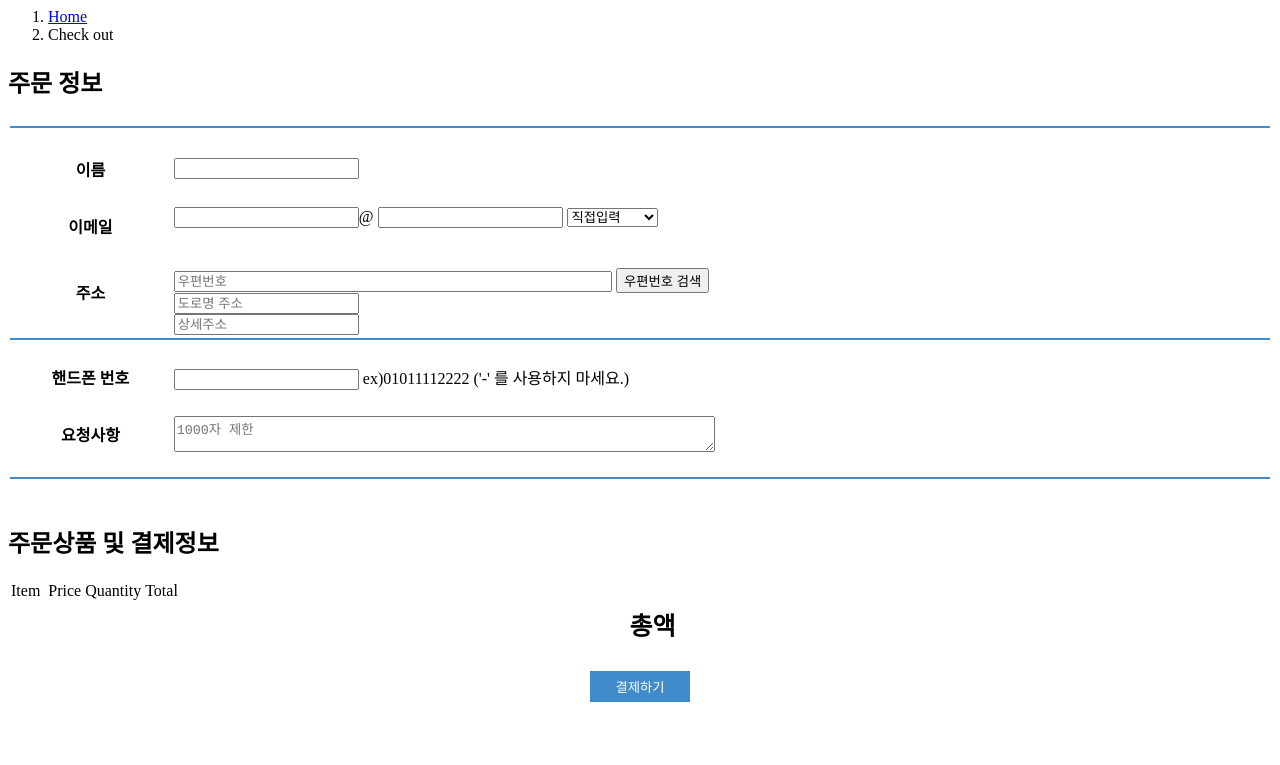
Repository: Toriikk/SpringProject_Bookstay
Page: http://localhost/geniebook/WEB-INF/views/pay/checkout.jsp
These files come from the project's save history. The page is drawn as it stood at one moment and after the next save; the edit follows.
The browser window is 1280 px wide. The pictures show the whole page.
The page is served by Tomcat 9. Nobody is signed in. The template is opened directly, without the code that normally fills it, so the values that code supplies are empty.

Above is the page before, as saved 2022-08-31 07:56:01.
Console error: ReferenceError: $ is not defined

After the next save:
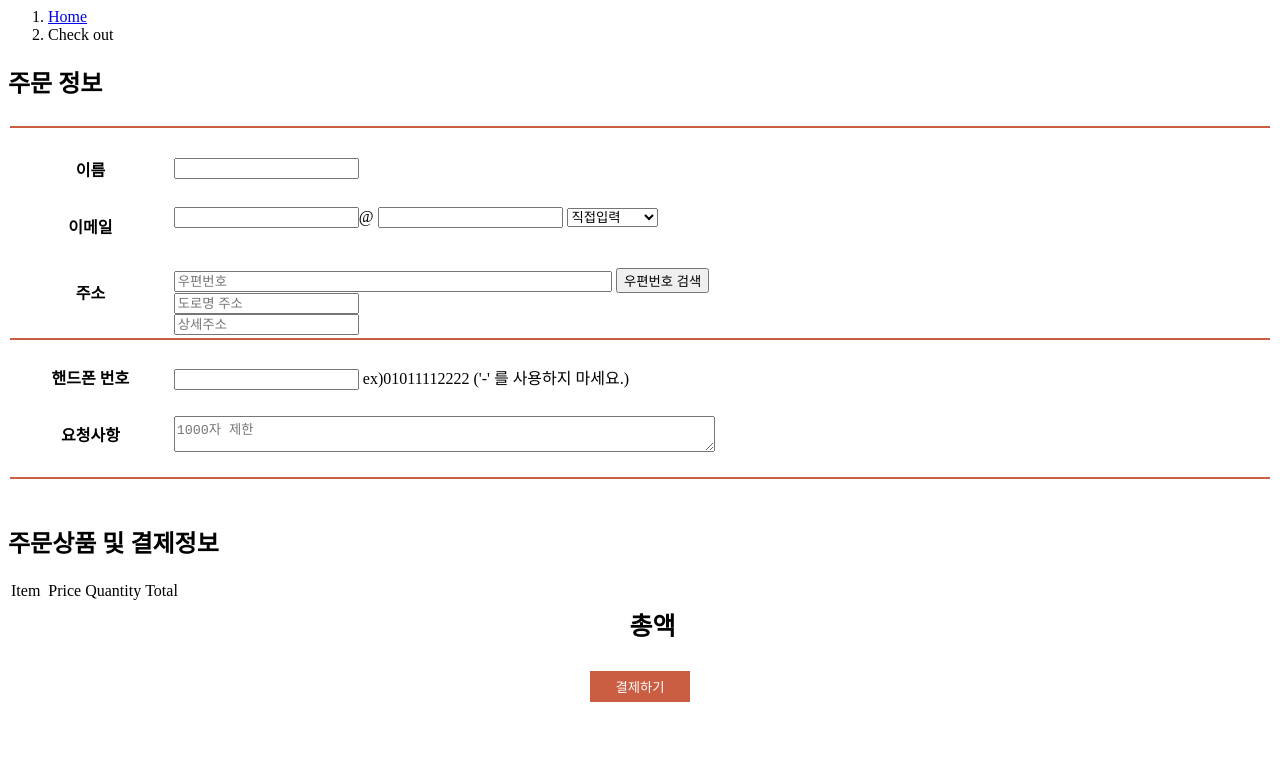
Saved 23 s later.
--- a/geniebook/src/main/webapp/WEB-INF/views/pay/checkout.jsp
+++ b/geniebook/src/main/webapp/WEB-INF/views/pay/checkout.jsp
@@ -112,7 +112,7 @@
 
 				<table
 					style="width: 100%; padding: 5px 0 5px 0; float: none; margin: 0 auto;">
-					<tr height="2" bgcolor="#428bca">
+					<tr height="2" bgcolor="#ca5d42">
 						<td colspan="2"></td>
 					</tr>
 					<script>
@@ -227,7 +227,7 @@
 									name="addr_detail" id="addr_detail" type="text"
 									value="${addrVO.addr_detail }" />
 							</div></td>
-					<tr height="2" bgcolor="#428bca">
+					<tr height="2" bgcolor="#ca5d42">
 						<td colspan="2"></td>
 					</tr>
 					<script>
@@ -299,7 +299,7 @@
 						<th><br> <input type="hidden"
 							name="${_csrf.parameterName}" value="${_csrf.token}" /></th>
 					</tr>
-					<tr height="2" bgcolor="#428bca">
+					<tr height="2" bgcolor="#ca5d42">
 						<td colspan="2"></td>
 
 					</tr>
@@ -407,7 +407,7 @@
 				<tr align="center">
 					<td align="center"><input type="submit"
 						onclick="return checkPattern();" value="결제하기"
-						style="background: #428bca; border: medium none; border-radius: 0; color: #FFFFFF; font-family: 'Roboto', sans-serif; padding: 6px 25px;">
+						style="background: #ca5d42; border: medium none; border-radius: 0; color: #FFFFFF; font-family: 'Roboto', sans-serif; padding: 6px 25px;">
 					</td>
 				</tr>
 			</table>
